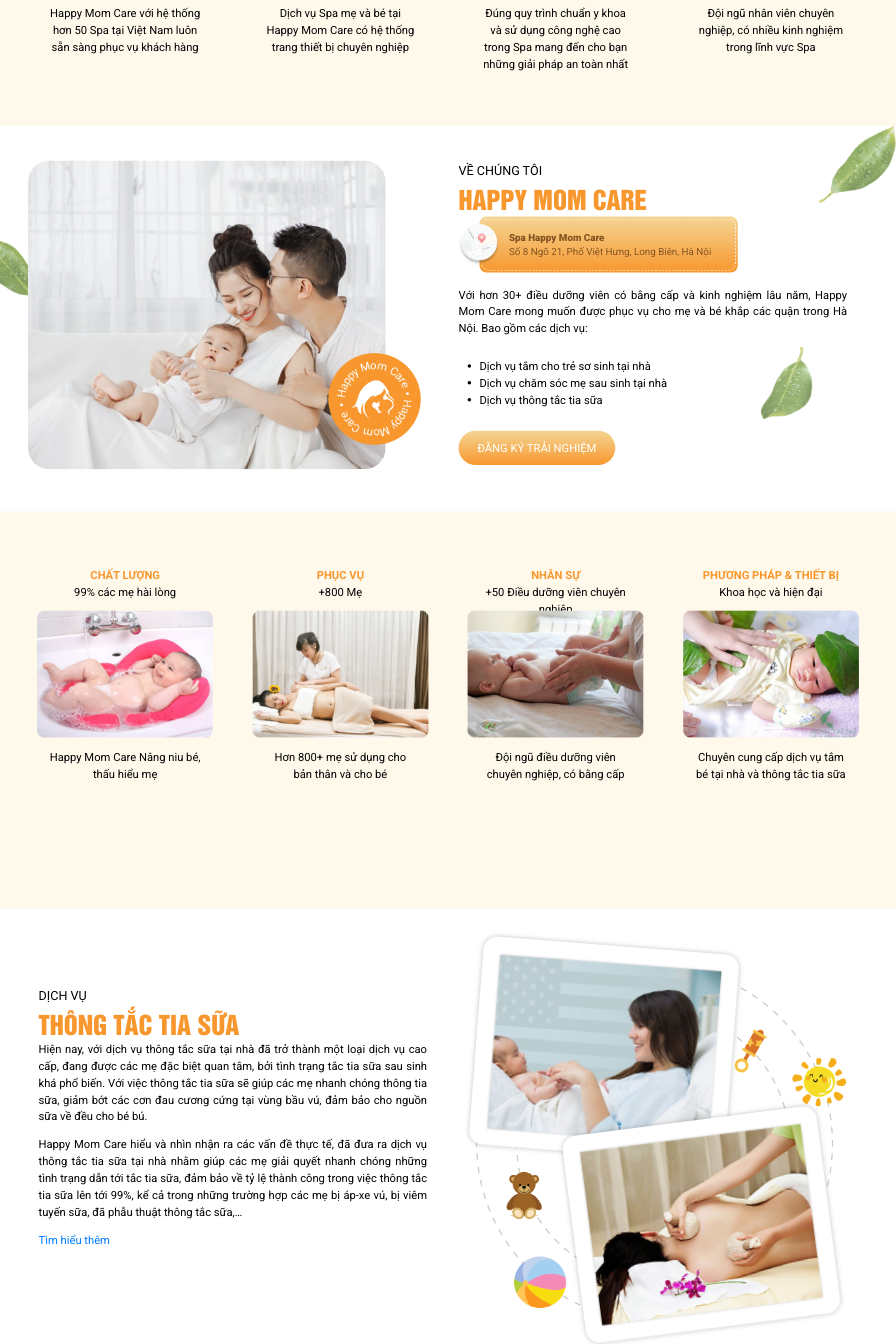
Repository: haianh12082001/happymom
Page: index.html
An editor plug-in stored every save of this project. The page is shown before and after the next save, followed by the edit.
The browser window is 1280 px wide. The pictures show the part of the page from y = 939 to 2859 px (the page is 2859 px tall), at 70% of full size.
Some web libraries are served in a nearby version. The style sheet was rebuilt from its Sass, Less or Tailwind sources for each picture, by a compiler version that may differ from the author's.

Above is the page before, as saved 2021-11-16 10:22:04.

After the next save:
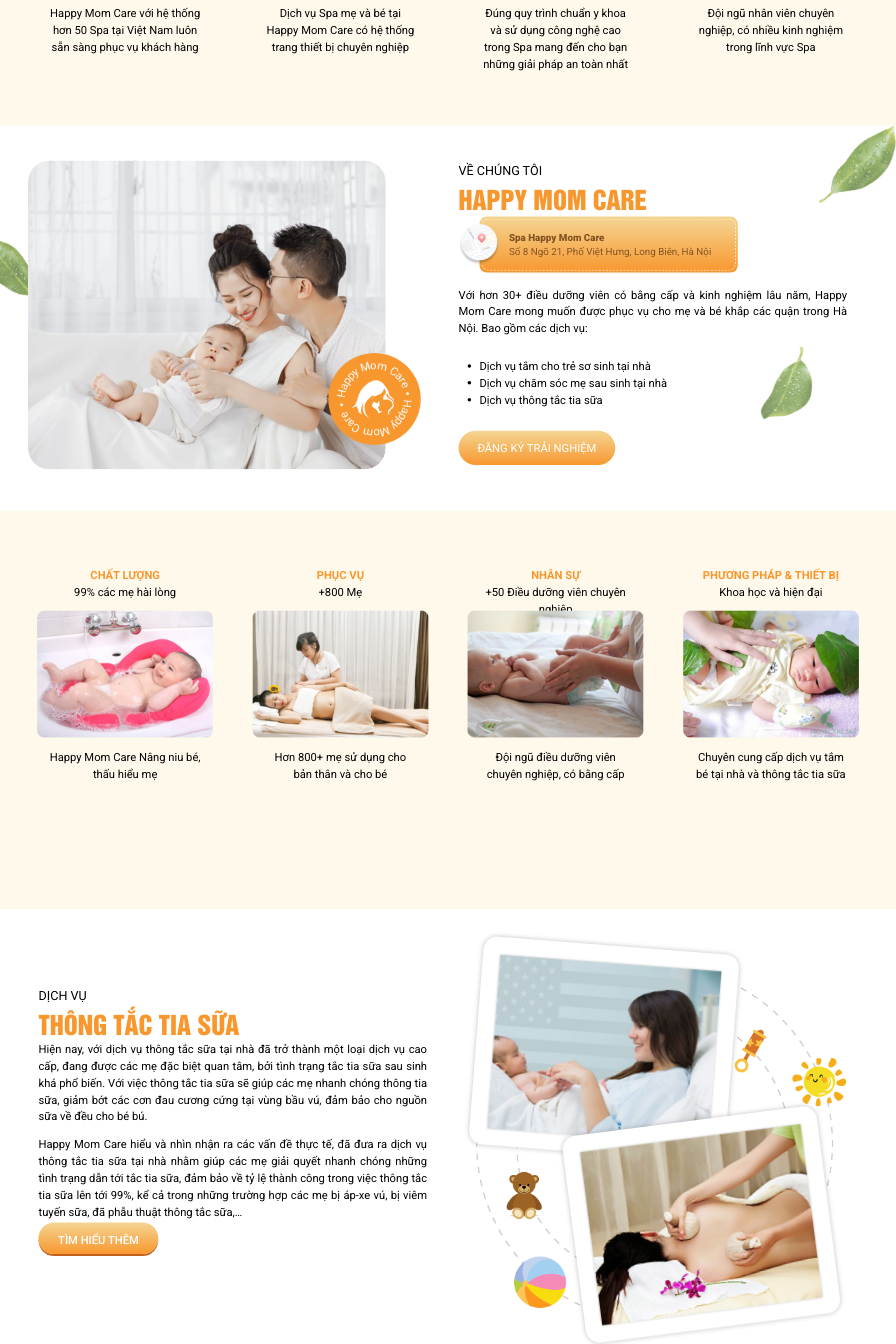
Saved 26 s later.
--- a/assets/sass/_service.scss
+++ b/assets/sass/_service.scss
@@ -15,6 +15,21 @@
         text-align: justify;
     }
     &__btn {
+        a {
+            padding: 15px 28px 11px 28px;
+            background: linear-gradient(180deg, #f4d593 0%, #f8972e 100%);
+            border-radius: 50px;
+            text-transform: uppercase;
+            color: #fff;
+            font-weight: 500;
+            box-shadow: 0 3px 0px rgba($color: #c2611c, $alpha: 1);
+        }
+        &--img {
+            position: absolute;
+            bottom: 0;
+            right: 0;
+            transform: translateX(25%);
+        }
     }
 }
 .serviceOne {
